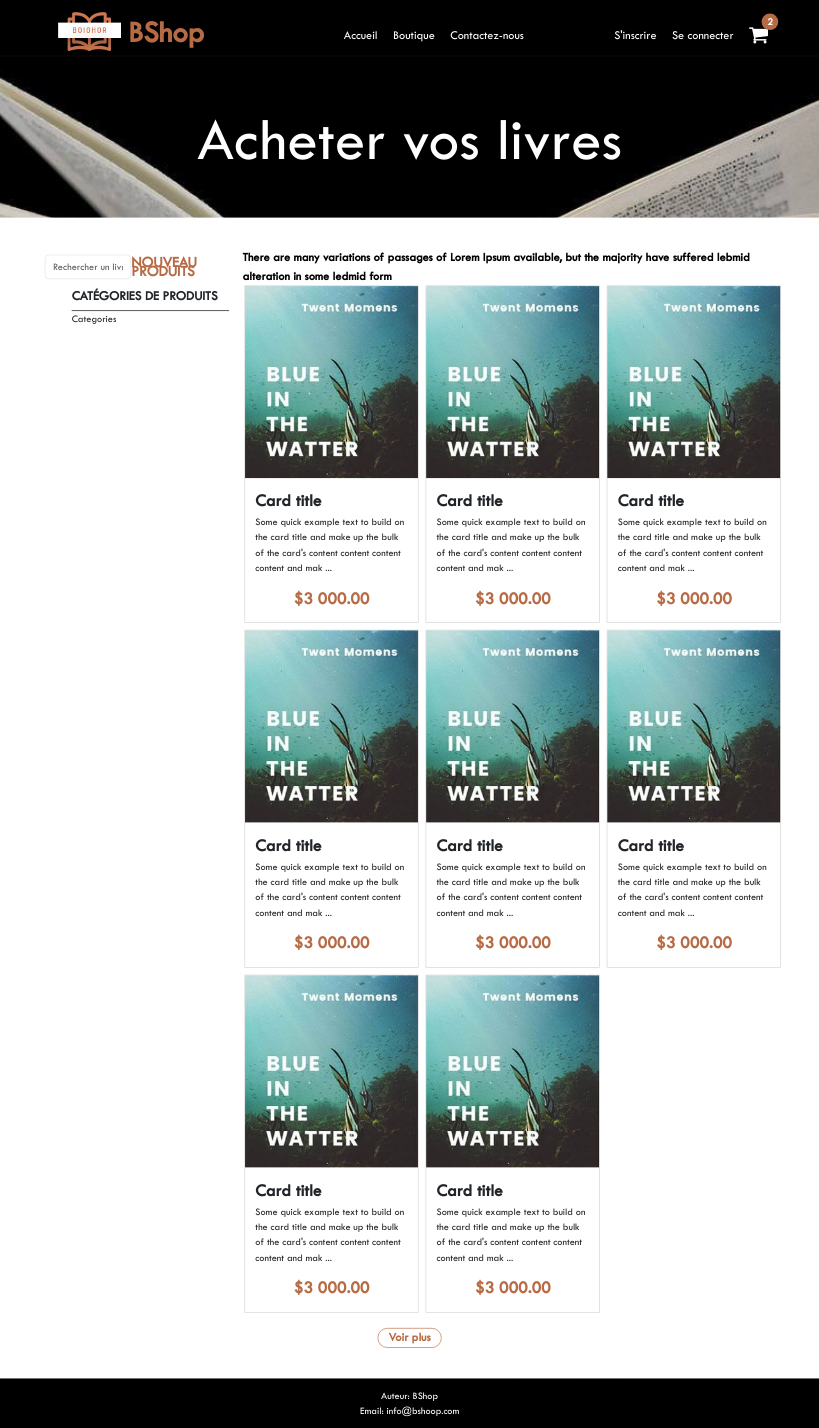
Repository: padevft/e-commerce-php
Page: http://localhost/server/pages/shop.php
The author's editor kept a copy of each file at every save. The page is drawn from the files as they stood at one save, then again after the next save.
The browser window is 1280 px wide. The pictures show the whole page, at 64% of full size.
The page is run by PHP 8.4 with error messages shown; the project is at /var/www/html/.

Above is the page before, as saved 2023-09-18 11:17:55.

### server/pages/shop.php
<?php
require_once('../includes/utilitaires.inc.php');
?>
<!DOCTYPE html>
<html lang="en">

<head>
  <meta charset="UTF-8" />
  <meta name="viewport" content="width=device-width, initial-scale=1.0" />
  <title>Boutique en ligne</title>
  <link rel="stylesheet" href="../../client/css/styles.css">
  <link rel="stylesheet" href="../../client/utilitaires/bootstrap/css/bootstrap.min.css">
  <link rel="stylesheet" href="../../client/utilitaires/font-awesome-4.7.0/css/font-awesome.min.css">

</head>

<body>
  <div class="container-app">
    <?php
    require_once('../includes/header.inc.php');
    ?>
    <main>
      <div class="d-flex align-items-center justify-content-center pt-5 container-intro">
        <span class="text-intro">
          Acheter vos livres
        </span>
      </div>
      <div class="container-products">
        <div class="d-flex align-items-center justify-content-center px-4">
          <div class="d-flex align-items-center content-search">
            <span><i class="fa fa-search shopping-cart"></i></span>
            <input type="text" class="form-control input-search" placeholder="Rechercher un livre" />
          </div>
          <span class="text-intro-1"> NOUVEAU PRODUITS</span>
          <span class="text-intro-2">There are many variations of passages of Lorem Ipsum available, but the majority have suffered lebmid alteration in some ledmid form
          </span>
        </div>
        <?php
        $products = getProducts();
        ?>
        <div class="content-products">
          <div class="row">
            <div class="col-sm-4 col-md-3">
              <div class="container-text-category pb-2">
                <span class="text-category">CATÉGORIES DE PRODUITS</span>
              </div>
              <div><span>Categories</span></div>
            </div>
            <div class="col-sm-8 col-md-9">
              <div class="grid-products-shop">
                <?php foreach ($products as $product) : ?>
                  <?= getHtmlProucut($product) ?>
                <?php endforeach; ?>
              </div>
            </div>
            <div class="d-flex align-items-center justify-content-center pt-4">
              <a href="./index.php" class="view-plus px-3">Voir plus</a>
            </div>
          </div>
        </div>
      </div>
  </div>
  </main>
  <?php
  require_once('../includes/footer.inc.php');
  ?>
  <script src="../../client/utilitaires/Jquery/jquery-3.6.0.min.js"></script>
  <script src="../../client/utilitaires/bootstrap/js/bootstrap.min.js"></script>
</body>

</html>

### server/includes/utilitaires.inc.php
<?php

function getProducts()
{
    $liste = array();
    $liste[0] = 1;
    $liste[1] = 1;
    $liste[2] = 1;
    $liste[3] = 1;
    $liste[4] = 1;
    $liste[5] = 1;
    $liste[6] = 1;
    $liste[7] = 1;
    return $liste;
}

$des = 'Some quick example text to build on the card title and make up the bulk of the card\'s content content content content and make up the bulk of the card and make up the bulk of the card and make up the bulk of the card. ';


function getSubDescription($inputString)
{
    if (strlen($inputString) <= 125) {
        return $inputString;
    }
    $result = substr($inputString, 0, 125) . ' ...';
    return $result;
}

function formatPrice($price)
{
    return number_format($price, 2, '.', ' ');
}

function getURL()
{
    if (isset($_SERVER['HTTPS']) && $_SERVER['HTTPS'] === 'on') {
        // La connexion est sécurisée via HTTPS
        $protocole = 'https://';
    } else {
        // La connexion n'est pas sécurisée, utilisez HTTP
        $protocole = 'http://';
    }
    $url = $protocole . $_SERVER['SERVER_NAME'] . ':' . $_SERVER['SERVER_PORT'] . '/shop-online';
    return $url;
}


function getHtmlProucut($product)
{
    global $des;
    $html = <<<HTML
    <div class="card position-relative item-product">
    HTML;
    $html .= '<img class="object-fit-cover" src="' . getURL() . '/client/images/p-3.jpg" alt="...">';
    $html .= '<div class="card-body">
            <span class="card-title title-product">Card title</span>';
    $html .= '<p class="card-text text-des">' . getSubDescription($des) . '</p>';
    $html .= '<div class="d-flex justify-content-center"><span class="text-price">$' . formatPrice(3000) . '</span></div>';
    $html .= <<<HTML
        </div>
        <div class="hover-product">
            <div class="options">
                <div class="icons-options">
                    <a href="#" class="icon">
                        <i class="fa fa-shopping-cart"></i>
                    </a>
                    <a href="#" class="icon">
                        <i class="fa fa-eye"></i>
                    </a>
                </div>
            </div>
        </div>
    </div>
    HTML;

    return $html;
}

### server/includes/header.inc.php
<header>
    <nav class="container-nav">
        <div class="row align-items-center">
            <div class="col-12 col-sm-4">
                <div class="d-flex flex-row align-items-center">
                    <a class="container-logo" href="./index.html">
                        <img src="<?= getURL() ?>/client/images/logo.png" />

                    </a>
                    <span class="text-logo">BShop</span>
                </div>
            </div>
            <div class="col-md-4">
                <div class="container-menu mt-2">
                    <ul class="d-flex flex-row align-items-center justify-content-end gap-4 menu">
                        <li><a href="<?= getURL() ?>/index.php" class="menu-item">Accueil</a></li>
                        <li><a href="<?= getURL() ?>/server/pages/shop.php" class="menu-item">Boutique</a></li>
                        <li><a href="<?= getURL() ?>/server/pages/shop.php" class="menu-item">Contactez-nous</a></li>
                    </ul>
                </div>
            </div>
            <div class="col-6 col-md-4">
                <div class="d-flex align-items-center gap-4 justify-content-end mt-2">
                    <div class="container-menu">
                        <ul class="d-flex align-items-center gap-4 menu">
                            <li> <a href="./index.html" class="menu-item">S'inscrire</a></li>
                            <li> <a href="./index.html" class="menu-item">Se connecter</a></li>
                        </ul>

                    </div>
                    <div class="position-relative container-shopping-cart">
                        <span><i class="fa fa-shopping-cart shopping-cart"></i></span>
                        <span class="position-absolute number-product">2</span>
                    </div>
                </div>

            </div>

        </div>
    </nav>
</header>

### server/includes/footer.inc.php
<footer>
    <div class="container-footer">
        <span>Auteur: BShop</span>
        <span>Email: info@bshoop.com</span>
    </div>

</footer>

### client/css/styles.css
/* var text-decoration */
@font-face {
  font-family: myfont;
  src: url(../utilitaires/fonts/ufonts.com_tw-cen-mt.ttf);
}

:root {
  --color-primary: #b76b45;
  --color-white-1: #fff;
  --color-bg-1: rgba(0, 0, 0, 0.366);
}

* {
  transition: all 0.5s ease;
}

body {
  font-family: myfont !important;
}
h1 {
  display: inline-flex;
  position: relative;
  cursor: pointer;
}

a {
  color: unset;
  outline: unset;
  text-decoration: none !important;
}

.container-app {
  background-image: url("../images/bg.jpg");
  background-repeat: no-repeat;
  background-size: cover;
  background-position: center;
}
ul {
  list-style-type: none; /* Retire les puces */
}

/*

****************************
Header
****************************

*/

header {
  padding-top: 15px;
  padding-bottom: 10px;
}

header ul {
  margin: 0 !important;
}
.container-nav {
  padding: 0 5rem;
  border-bottom: 1px solid rgba(255, 255, 255, 0.1);
}
.container-logo {
  width: 120px;
  height: 65px;
}
.container-logo img {
  width: 100%;
  height: 100%;
}
.text-logo {
  font-size: 3rem;
  font-weight: bold;
  color: var(--color-primary);
}
.menu-item {
  display: inline;
  position: relative;
  color: var(--color-white-1);
  padding-bottom: 5px;
  font-size: 1.2rem;
}

.menu-item:hover {
  color: var(--color-primary);
}
.menu-item::before {
  content: "";
  position: absolute;
  bottom: 0;
  left: 0;
  background: var(--color-primary);
  height: 2.5px;
  opacity: 1;
  visibility: visible;
  width: 0;
  -webkit-transition: 0.4s all ease-out;
  -o-transition: 0.4s all ease-out;
  transition: 0.4s all ease-out;
}
.menu-item:hover:before {
  width: 100%;
}

.number-product {
  bottom: 25px;
  font-weight: bold;
  color: var(--color-white-1);
  font-size: 1rem;
  height: 26px;
  line-height: 17px;
  width: 26px;
  background: var(--color-primary) none repeat scroll 0 0;
  border-radius: 100px;
  display: flex;
  justify-content: center;
  align-items: center;
  left: 20px;
}

.shopping-cart {
  color: var(--color-white-1);
  font-size: 2rem !important;
}
.container-shopping-cart:hover .shopping-cart {
  color: var(--color-primary);
  cursor: pointer;
  transform: scale(0.8);
}
.container-shopping-cart:hover .number-product {
  transform: scale(1.7);
  color: var(--color-primary);
  background: var(--color-white-1) none repeat scroll 0 0;
}
.text-intro {
  font-size: 6rem;
  color: var(--color-white-1);
}

/*

****************************
Main
****************************

*/

.container-intro {
  padding: 50px 0;
}
.container-products {
  background-color: var(--color-white-1);
  padding: 3rem 1rem;
}
.content-products,
.content-intro {
  padding: 0 6rem;
}
.text-intro-1 {
  color: var(--color-primary);
  font-size: 1.5rem;
  font-weight: 700;
  line-height: 15px;
}

.text-intro-2 {
  color: #000;
  font-size: 1.2rem;
  font-weight: 700;
}

.grid-products {
  display: grid;
  grid-template-columns: repeat(4, 1fr);
  grid-gap: 1rem;
  padding-top: 3rem;
}
.grid-products-shop {
  display: grid;
  grid-template-columns: repeat(3, 1fr);
  grid-gap: 0.7rem;
}

.item-product {
  cursor: pointer;
  width: 17rem;
  /* border: unset !important; */
  border-radius: unset !important;
}

.item-product .img-product {
  width: 100%;
  /* border-radius: 15px; */
}

.hover-product {
  width: 100%;
  height: 100%;
  background-color: var(--color-bg-1);
  position: absolute;
  left: 0;
  top: 0;
  /* border-radius: 0.375rem; */
  display: flex;
  justify-content: center;
  align-items: center;
  flex-direction: row;
  opacity: 0;
  transform: scale(0);
  transition: all 0.5s ease-in-out;
}

.item-product:hover .hover-product {
  opacity: 1;
  transform: scale(1);
}
.item-product img {
  width: 100%;
  height: 300px;
}

.hover-product span {
  color: white;
  font-weight: 500;
}

.title-product {
  font-weight: 800;
  font-size: 1.7rem !important;
}
.text-des {
  font-weight: 550;
}
.text-price {
  color: var(--color-primary);
  font-size: 1.7rem;
  font-weight: bold;
}
.options {
  transform: scaleX(0);
  transform-origin: top;
  transition: all 0.7s ease-in-out;
}

.item-product:hover .options {
  transform: scaleX(1);
}
.icons-options {
  display: flex;
  align-items: center;
  justify-content: center;
}

.icon {
  background-color: var(--color-primary);
  border-radius: 50%;
  width: 45px;
  height: 45px;
  display: flex;
  align-items: center;
  justify-content: center;
  margin: 0 1rem;
  cursor: pointer;
  transition: all 0.7s ease-in-out;
}

.icon:hover {
  background-color: var(--color-white-1);
}

.icon i {
  color: var(--color-white-1);
  font-size: 1.2rem;
}

.icon:hover i {
  color: var(--color-primary);
}

.view-plus {
  border: 1px solid var(--color-primary);
  color: var(--color-primary);
  background-color: var(--color-white-1);
  font-weight: 600;
  font-size: 1.2rem;
  border-radius: 15px;
  transition: all 0.7s cubic-bezier(0.68, -0.55, 0.265, 1.55);
}

.view-plus:hover {
  background-color: var(--color-primary);
  color: var(--color-white-1);
}

.container-text-category {
  /* padding: 0.8rem 0; */
  border-bottom: 1px solid #000;
}

.text-category {
  font-size: 1.3rem;
  font-weight: 700;
}

/*

****************************
footer
****************************

*/

footer {
  background-color: var(--color-white-1);
}
.container-footer {
  background-color: #000;
  display: flex;
  flex-direction: column;
  justify-content: center;
  align-items: center;
  padding: 15px 0;
}
.container-footer span {
  color: var(--color-white-1);
}

Loaded but not shown: client/utilitaires/bootstrap/css/bootstrap.min.css (library); client/utilitaires/font-awesome-4.7.0/css/font-awesome.min.css (library); client/utilitaires/Jquery/jquery-3.6.0.min.js (library); client/utilitaires/bootstrap/js/bootstrap.min.js (library)

After the next save:
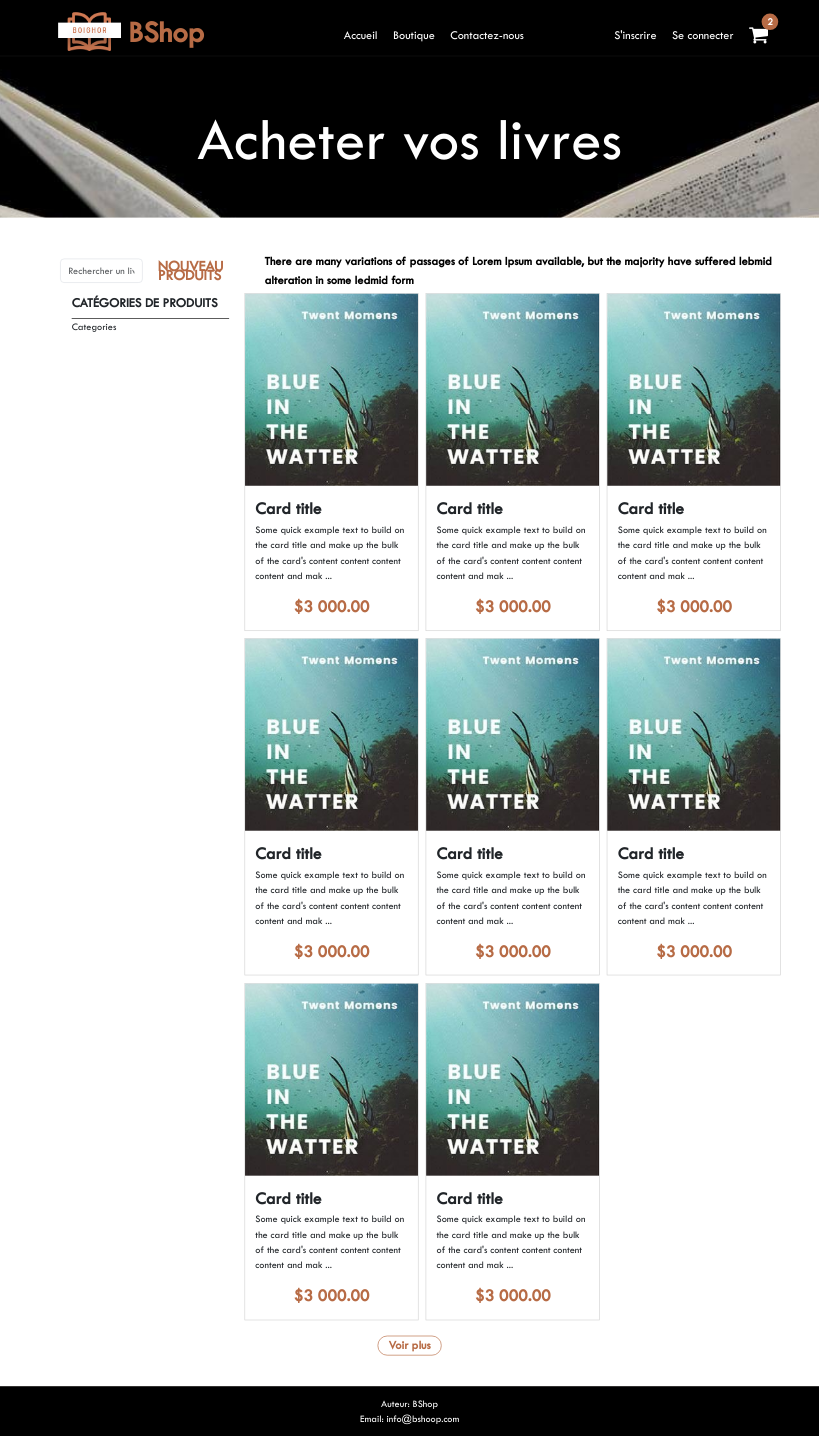
Saved 43 s later.
--- a/client/css/styles.css
+++ b/client/css/styles.css
@@ -292,7 +292,6 @@ Main
 }
 
 .container-text-category {
-  /* padding: 0.8rem 0; */
   border-bottom: 1px solid #000;
 }
 
@@ -301,6 +300,10 @@ Main
   font-weight: 700;
 }
 
+.content-search{
+  padding: 1rem 1.5rem;
+}
+
 /*
 
 ****************************
